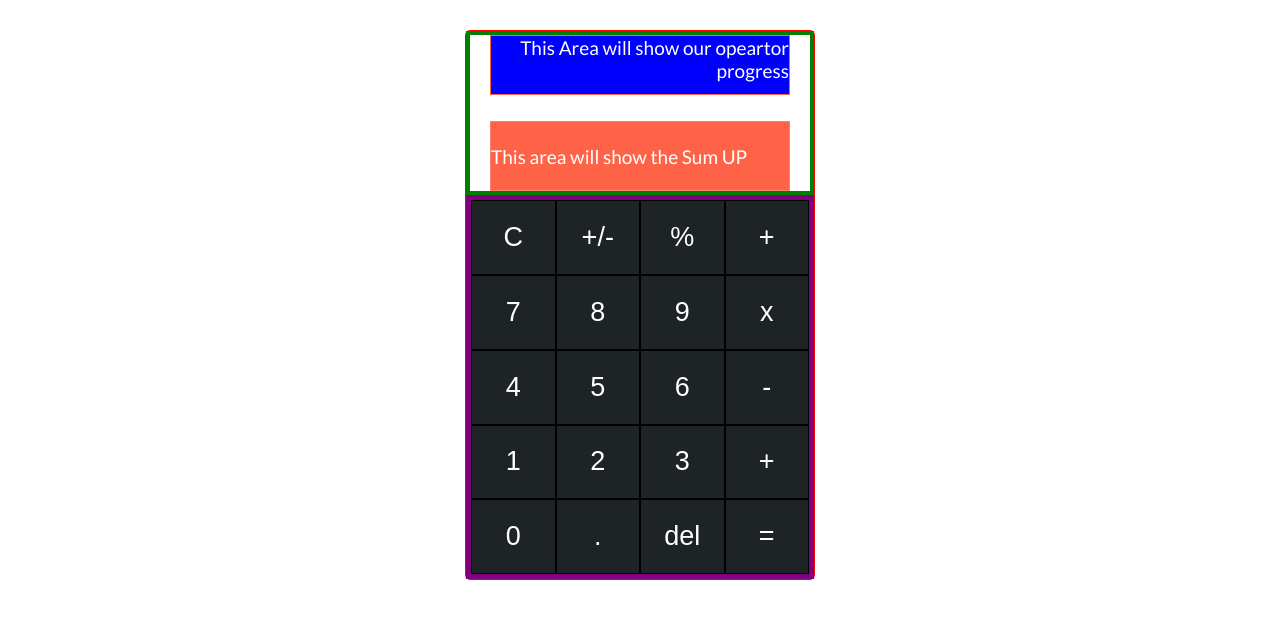
Repository: OfirLana/Calculator
Page: index.html
An editor plug-in stored every save of this project. The page is shown before and after the next save, followed by the edit.
The browser window is 1280 px wide. The pictures show the whole page.

Above is the page before, as saved 2019-03-12 19:53:22.

### index.html
<!DOCTYPE html>
<html lang="en">

<head>
    <meta charset="UTF-8">
    <meta name="viewport" content="width=device-width, initial-scale=1.0">
    <meta http-equiv="X-UA-Compatible" content="ie=edge">
    <link href="https://fonts.googleapis.com/css?family=Lato:100,300,400,700,900" rel="stylesheet">
    <title>Document</title>
    <link rel="stylesheet" href="style.css">
</head>

<body>
    <div class="calculator">
        <div class="output_box">
            <div class="main_output">

                This Area will show our opeartor progress

            </div>
            <div class="sub_output">

               This area will show the Sum UP

            </div>
        </div>


        <div class="opeartor_box">
            <button class="opeartor_button">C</button>
            <button class="opeartor_button">+/-</button>
            <button class="opeartor_button">%</button>
            <button class="opeartor_button">+</button>
            <button class="opeartor_button">7</button>
            <button class="opeartor_button">8</button>
            <button class="opeartor_button">9</button>
            <button class="opeartor_button">x</button>
            <button class="opeartor_button">4</button>
            <button class="opeartor_button">5</button>
            <button class="opeartor_button">6</button>
            <button class="opeartor_button">-</button>
            <button class="opeartor_button">1</button>
            <button class="opeartor_button">2</button>
            <button class="opeartor_button">3</button>
            <button class="opeartor_button">+</button>
            <button class="opeartor_button">0</button>
            <button class="opeartor_button">.</button>
            <button class="opeartor_button">del</button>
            <button class="opeartor_button">=</button>


        </div>








    </div>
    <script src="index.js"></script>
</body>

</html>

### style.css
* {
    margin: 0;
    padding: 0;
    box-sizing: border-box;
}

html {
    font-size: 62.5%;
}

body {
    font-family: "Lato", sans-serif;
    font-size: 1.6rem;
    color: #777;
    padding: 3rem;
}

.calculator {
    display: flex;
    flex-direction: column;
    margin: 0 auto;
    width: 35rem;
    height: 55rem;
    border: 1px solid red;
    border-radius: 5px;
}

.output_box {
    display: flex;
    flex-direction: column;
    flex-basis: 30%;
    border: 4px solid green;
    width: 100%;
    justify-content: space-between;
    padding:0px 20px;
    color:white;
    font-size:19px;
}

.main_output {
    display: flex;
    border: 1px solid blue;
    height: 6rem;
    /* background:blue; */
  border:1px solid tomato;
    width:100%;
    background:blue;
    text-align:end;
    overflow: hidden;
}






.sub_output {
    display: flex;
    border: 1px solid salmon;
    height: 7rem;
    /* background:red; */
    display:flex;
    align-items: center;
    overflow: hidden;
    background:tomato;
}

.opeartor_box{
    display:flex;
    /* flex-direction: column; */
    flex-wrap:wrap;
    width:100%;
    border:5px solid purple;
    flex-basis:70%;
}

.opeartor_button{
    width:25%;
    height:20%;
    background:#1E2326;
    border: 1px solid black;
    color:white;
    font-size:27px;
    font-weight:100;
}

.opeartor_button:active{
    background:blue;
    border:1px solid black;
}

Loaded but not shown: index.js (no copy from this time; the picture is the same without it)

After the next save:
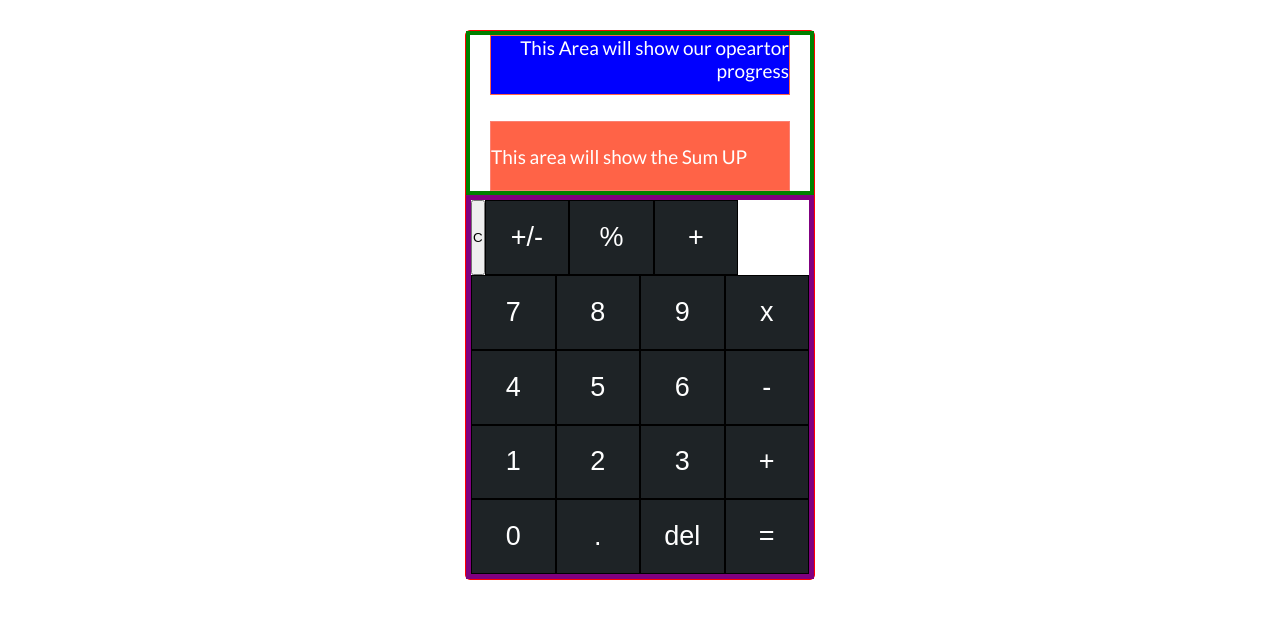
Saved 86 min 33 s later.
--- a/index.html
+++ b/index.html
@@ -27,7 +27,7 @@
 
 
         <div class="opeartor_box">
-            <button class="opeartor_button">C</button>
+            <button class="">C</button>
             <button class="opeartor_button">+/-</button>
             <button class="opeartor_button">%</button>
             <button class="opeartor_button">+</button>
